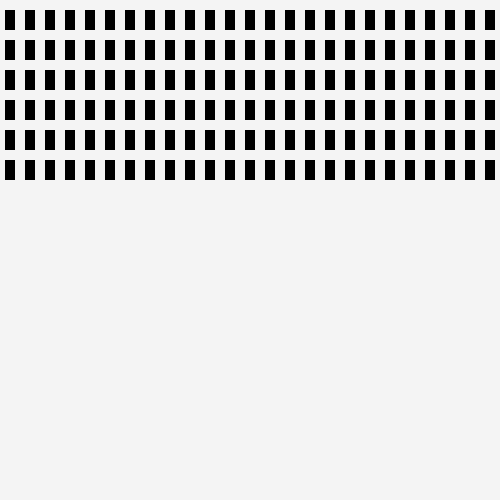
Repository: CodingParsley/JavaFX-Breakout-Game
Program's window: java Breakout/src/application/TheController.java
An editor plug-in stored every save of this project. The program's window is shown before and after the next save, followed by the edit.
It runs on Java 21 on a 1366 x 768 screen with JavaFX 11; the title bar is not drawn.

Above is the program's window before, as saved 2016-07-20 18:45:27.

After the next save:
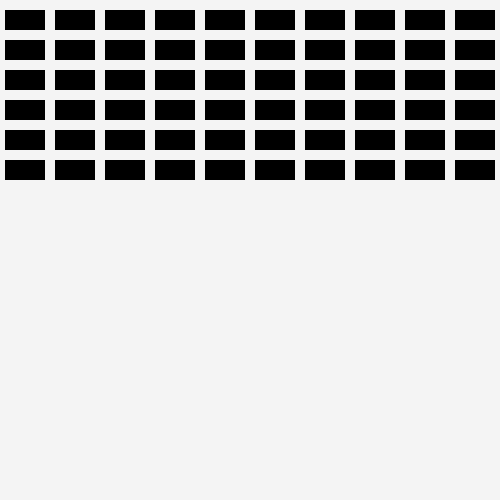
Saved 46 s later.
--- a/Breakout/src/application/TheController.java
+++ b/Breakout/src/application/TheController.java
@@ -17,7 +17,7 @@
 		window = primaryStage;
 		hm = new HighscoreManager("Highscore.txt");
 		JavaCollisionDetector jcd = new JavaCollisionDetector();
-		bm = new BoardModel(500,500,30,10,10,10,25,6,jcd);
+		bm = new BoardModel(500,500,30,10,10,10,10,6,jcd);
 		Runnable onPaddleLeft = new MovePaddleLeft();
         Runnable onPaddleRight = new MovePaddleRight();
         view = new TheView(onPaddleLeft,onPaddleRight, bm.getWidth(), bm.getHeight());
